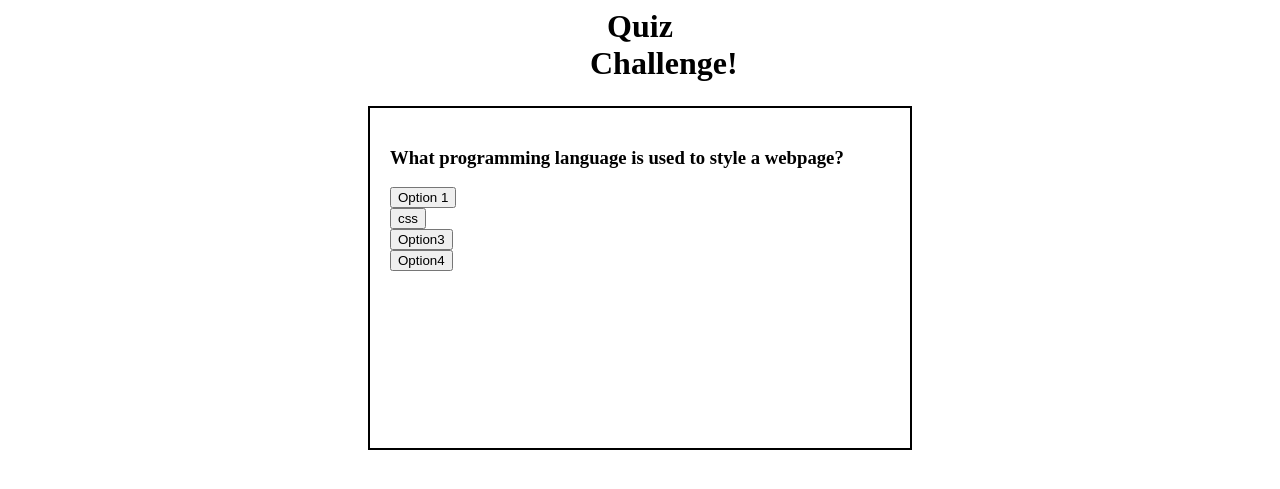
Repository: s88leigh/Quiz-Challenge
Page: index.html
An editor plug-in stored every save of this project. The page is shown before and after a run of saves, followed by the edit.
The browser window is 1280 px wide. The pictures show the whole page.

Above is the page before, as saved 2019-10-18 11:33:39.

After the next 4 saves:
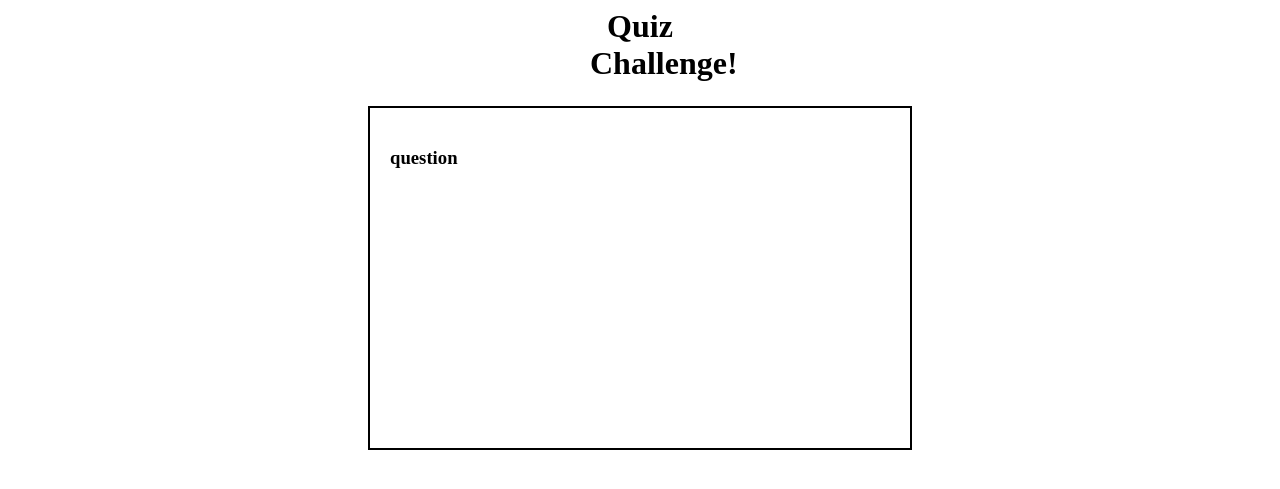
Console error: SyntaxError: Unexpected token 'var'
The 4 saves are shown as one change because they came seconds apart.
The last was saved 5 h 28 min later.
--- a/script.js
+++ b/script.js
@@ -32,6 +32,8 @@
         answer: "return"
     }
 ];
+
+if
 
 var qIndex = 0;
 var timer, timerId;

After the 2 saves that followed:
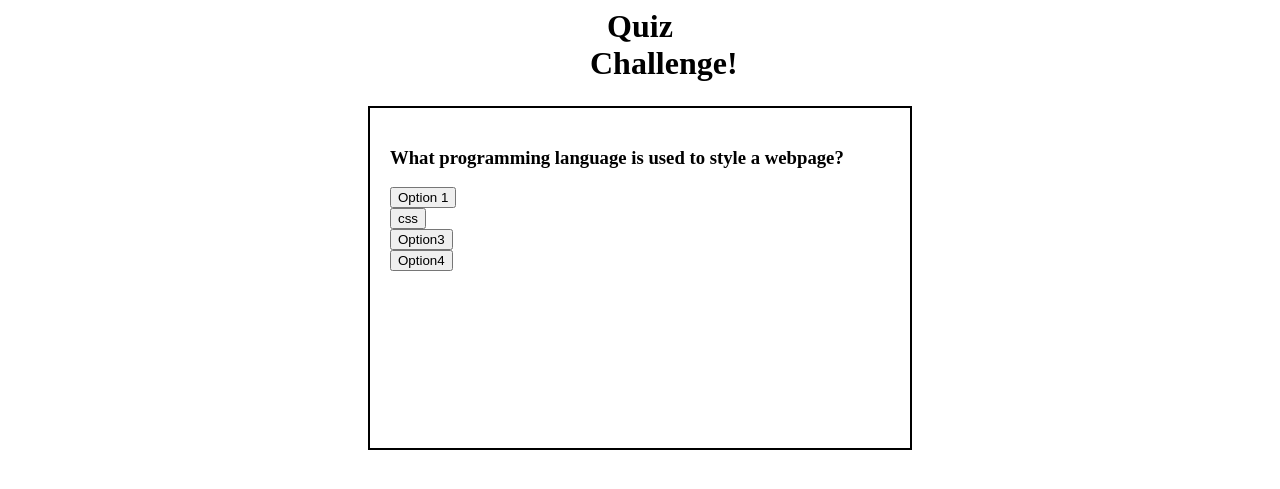
The error is gone.
The 2 saves are shown as one change because 1 left the picture as it was.
The last was saved 5 min 30 s later.
--- a/script.js
+++ b/script.js
@@ -33,7 +33,6 @@
     }
 ];
 
-if
 
 var qIndex = 0;
 var timer, timerId;
